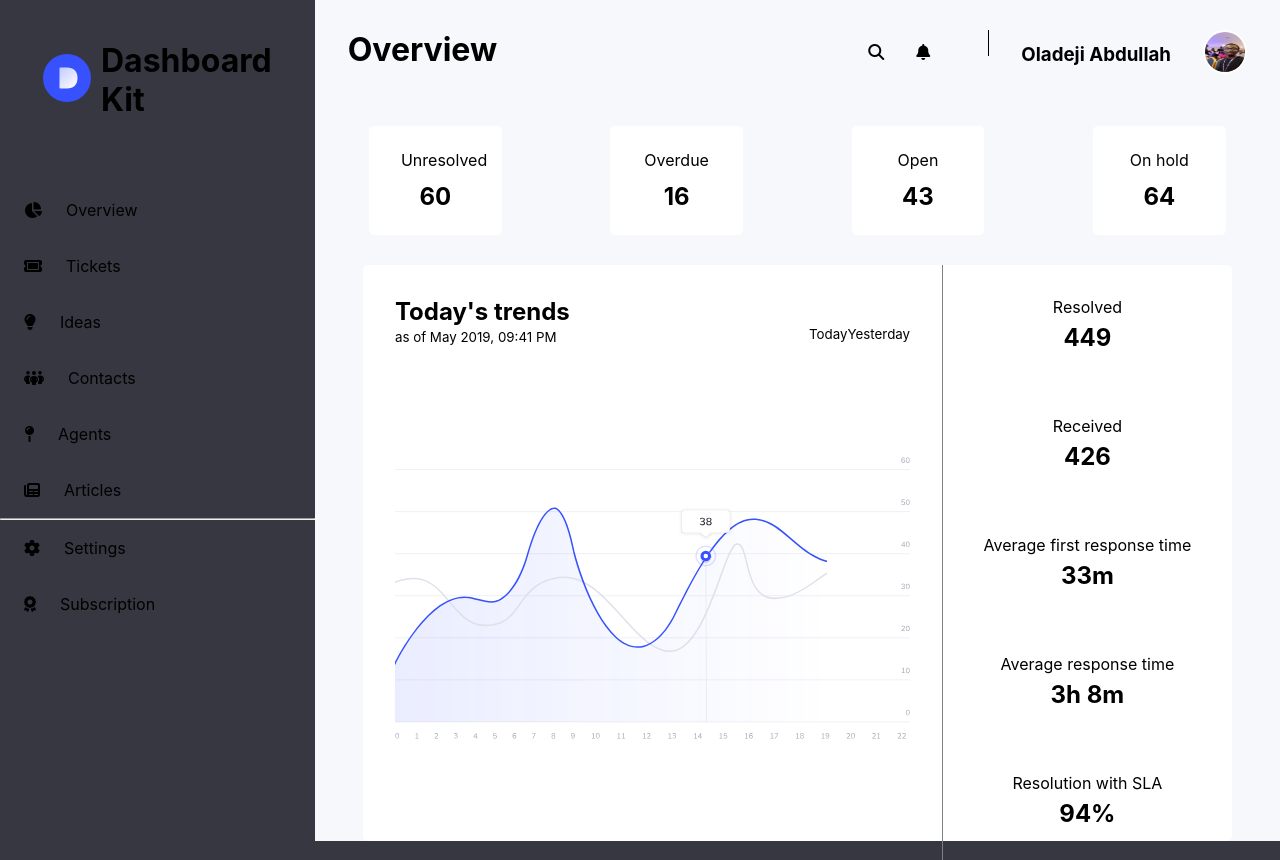
Repository: BuduCE/dashboard
Page: /
An editor plug-in stored every save of this project. The page is shown before and after the next save, followed by the edit.
The browser window is 1280 px wide. The pictures show the whole page.
Some web libraries are served in a nearby version. The project was rebuilt for these pictures with package versions that can differ from the ones it lists, and the page was loaded fresh each time.

Above is the page before, as saved 2022-08-03 23:42:22.

After the next save:
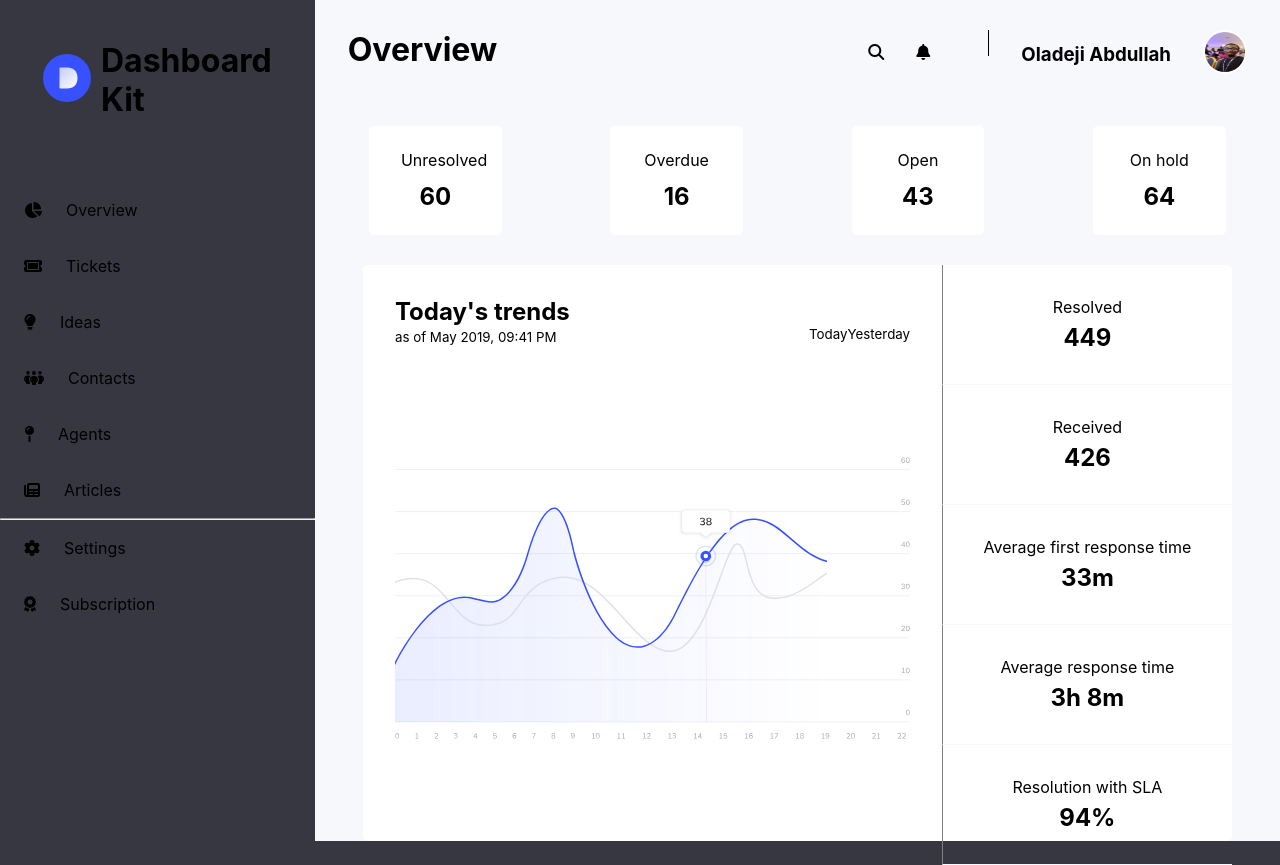
Saved 4 s later.
--- a/src/pages/Overview/styles.css
+++ b/src/pages/Overview/styles.css
@@ -60,7 +60,7 @@
 .summary_type{
     padding: 32px;
     border-left: 1px solid grey;
-    border-bottom: 1px solid F7F8FC;
+    border-bottom: 1px solid #F7F8FC;
     text-align: center;
 }
 .summary_type p{
